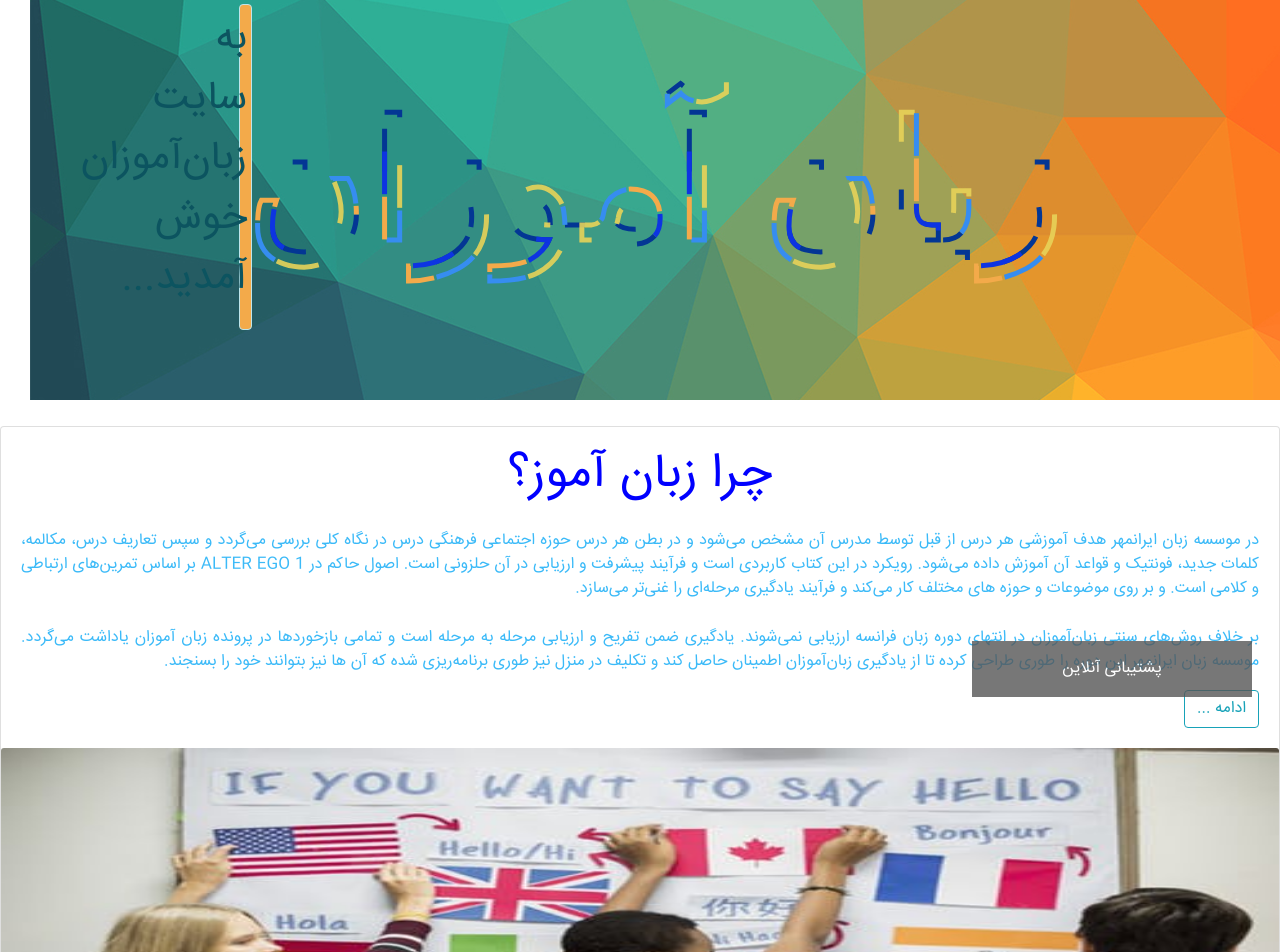
Repository: nikmahla/ZabanAmozan
Page: LanguageWebSite.html
An editor plug-in stored every save of this project. The page is shown before and after the next save, followed by the edit.
The browser window is 1280 px wide. The pictures show the part of the page from y = 0 to 952 px (the page is 3961 px tall).
A picture or video elsewhere on the page could not be fetched, so the positions and the page height are approximate.

Above is the page before, as saved 2019-10-11 22:35:55.

### LanguageWebSite.html
<html lang="en">

<head>
    <meta charset="UTF-8">
    <meta name="viewport" content="width=device-width, initial-scale=1.0">
    <meta http-equiv="X-UA-Compatible" content="ie=edge">
    <link rel="stylesheet" href="css/bootstrap.css">
    <link rel="stylesheet" href="css/stylesheet.css">
    <link rel="shortcut icon" href="images/fav.jpg" title="favicon">
    <script src="jquery.min.js"></script>
    <title>Learn New Language</title>
</head>

<body class="container-fluid">

    <div class="row bg-image">
        <svg viewBox="0 0 960 300">
            <symbol id="s-text">
                <text text-anchor="middle" x="50%" y="80%"> زبان آموزان</text>
            </symbol>

            <g class="g-ants">
                <use xlink:href="#s-text" class="text-copy"></use>
                <use xlink:href="#s-text" class="text-copy"></use>
                <use xlink:href="#s-text" class="text-copy"></use>
                <use xlink:href="#s-text" class="text-copy"></use>
                <use xlink:href="#s-text" class="text-copy"></use>
            </g>
        </svg>
    </div>

    <div id="alert" class="alert alert-info p-1 m-1">
        <p class="text-center">به سایت زبان‌آموزان خوش آمدید...</p>
    </div>

    <div class="row">
        <div class="card  " style="margin-top: 2%">
            <div class="card-body">
                <h5 class="card-title card-title-me"> چرا زبان آموز؟ </h5>
                <p class="card-body-me">در موسسه زبان ایرانمهر هدف آموزشی هر درس از قبل توسط مدرس آن مشخص می‌شود و در
                    بطن هر
                    درس حوزه اجتماعی فرهنگی درس در نگاه کلی بررسی می‌گردد و سپس تعاریف درس، مکالمه، کلمات جدید، فونتیک و
                    قواعد آن آموزش داده می‌شود. رویکرد در این کتاب کاربردی است و فرآیند پیشرفت و ارزیابی در آن حلزونی
                    است.
                    اصول حاکم در ALTER EGO 1 بر اساس تمرین‌های ارتباطی و کلامی است. و بر روی موضوعات و حوزه های مختلف
                    کار
                    می‌کند و فرآیند یادگیری مرحله‌‌ای را غنی‌تر می‌سازد.</p>
                <p class="card-body-me">
                    بر خلاف روش‌های سنتی زبان‌آموزان در انتهای دوره زبان فرانسه ارزیابی نمی‌شوند. یادگیری ضمن تفریح و
                    ارزیابی مرحله به مرحله است و تمامی بازخوردها در پرونده زبان آموزان یاداشت می‌گردد. موسسه زبان
                    ایرانمهر
                    این دوره را طوری طراحی کرده تا از یادگیری زبان‌آموزان اطمینان حاصل کند و تکلیف در منزل نیز طوری
                    برنامه‌ریزی شده که آن ها نیز بتوانند خود را بسنجند.
                </p>
                <button type="button" class="btn btn-outline-info">ادامه ...</button>

            </div>
            <img src="./images/fl031.jpg" class="card-img-top card-img" alt="">
        </div>
    </div>


    <div class="row ">
        <div class="col-md-6">
            <div class="videoplay ">
                <video class="img-fluid" autoplay="" loop="" playsinline="" muted="">
                    <source type="video/mp4" src="images/class03.mp4">
                </video>
            </div>
        </div>
        <div class="col-md-6 ">
            <h3 class="text-class">
                1.زمان مد نظرتو انتخاب کن
            </h3>
        </div>
    </div>

    <div class="row ">
        <div class="col-md-6 ">
            <h3 class="text-class">
                2.کلاستو انتخاب کن
            </h3>
        </div>
        <div class="col-md-6">
            <div class="videoplay ">
                <video class="img-fluid" autoplay="" loop="" playsinline="" muted="">
                    <source type="video/mp4" src="images/class031.mp4">
                </video>
            </div>
        </div>
    </div>

    <div class="row ">
        <div class="col-md-6">
            <div class="videoplay ">
                <video class="img-fluid" autoplay="" loop="" playsinline="" muted="">
                    <source type="video/mp4" src="images/class033.mp4">
                </video>
            </div>
        </div>
        <div class="col-md-6 ">
            <h3 class="text-class">
                3. برو کلاس
            </h3>
        </div>
    </div>

    <div class="row" style="margin-top:2% ">
        <div class="card card-box" style="width:30%">
            <img class="card-img-top" src="./images/cl8.jpg" alt="Card image">
            <div class="card-body">
                <h4 class="card-title">دوره های آموزش زبان فرانسه متوسطه بزرگسالان</h4>
                <p class="card-text">دوره های فشرده نیمه گروهی ( 6 تا 8 نفره )</p>
                <a href="#" class="btn btn-primary">مشاهده</a>
            </div>
        </div>

        <div class="card card-box" style="width:30%">
            <img class="card-img-top" src="./images/cl9.jpg" alt="Card image">
            <div class="card-body">
                <h4 class="card-title">دوره آموزش زبان فرانسه پیش متوسطه کودکان</h4>
                <p class="card-text">دوره زبان فرانسه پیش متوسطه کودکان (+A2)</p>
                <a href="#" class="btn btn-primary">مشاهده</a>
            </div>
        </div>

        <div class="card card-box" style="width:30%">
            <img class="card-img-top" src="./images/cl10.jpg" alt="Card image">
            <div class="card-body">
                <h4 class="card-title">دوره زبان فرانسه پیشرفته بزرگسالان</h4>
                <p class="card-text">دوره زبان فرانسه پیش متوسطه</p>
                <a href="#" class="btn btn-primary">مشاهده</a>
            </div>
        </div>
    </div>



    <div class="row bg">
        <h3 class="h1-list" data-shadow='dang!'>کلاسهای پاییز</h3>
    </div>



    <table class="table table-hover table-me">
        <thead>
            <tr>
                <th scope="col">#</th>
                <th scope="col">روزهای هفته</th>
                <th scope="col">کلاس</th>
                <th scope="col">استاد</th>
                <th> انتخاب</th>
            </tr>
        </thead>
        <tbody>
            <tr>
                <th scope="row">1</th>
                <td>شنبه</td>
                <td>زبان فرانسه</td>
                <td>دکتر رضایی</td>
                <td>
                    <button type="button" class="btn btn-outline-warning">مشاهده</button>
                </td>


            </tr>
            <tr>
                <th scope="row">2</th>
                <td>یکشنبه</td>
                <td>زبان فرانسه</td>
                <td>دکتر رضایی</td>
                <td>
                    <button type="button" class="btn btn-outline-warning">مشاهده</button>
                </td>

            </tr>
            <tr>
                <th scope="row">3</th>
                <td>دوشنبه</td>
                <td>زبان فرانسه</td>
                <td>دکتر رضایی</td>
                <td>
                    <button type="button" class="btn btn-outline-warning">مشاهده</button>
                </td>

            </tr>
            <tr>
                <th scope="row">4</th>
                <td>سه شنبه</td>
                <td>زبان فرانسه</td>
                <td>دکتر رضایی</td>
                <td>
                    <button type="button" class="btn btn-outline-warning">مشاهده</button>
                </td>
            </tr>
            <tr>
                <th scope="row">5</th>
                <td>چهارشنبه</td>
                <td>زبان فرانسه</td>
                <td>دکتر رضایی</td>
                <td>
                    <button type="button" class="btn btn-outline-warning">مشاهده</button>
                </td>
            </tr>
            <tr>
                <th scope="row">6</th>
                <td>پنجشنبه</td>
                <td>زبان فرانسه</td>
                <td>دکتر رضایی</td>
                <td>
                    <button type="button" class="btn btn-outline-warning">مشاهده</button>
                </td>

            </tr>
            <tr>
                <th scope="row">7</th>
                <td>جمعه</td>
                <td>زبان فرانسه</td>
                <td>دکتر رضایی</td>
                <td>
                    <button type="button" class="btn btn-outline-warning">مشاهده</button>
                </td>

            </tr>
        </tbody>
    </table>


    <button class="open-button" onclick="openForm()">پشتیبانی آنلاین</button>

    <div class="chat-popup" id="myForm">
        <form action="/action_page.php" class="form-container">
            <h5 class="text-right"> پشتیبانی زبان‌آموزان </h5>

            <label for="msg"><b> در خدمت شماست:</b></label>
            <textarea placeholder="متن ارسالی ..." name="msg" required></textarea>

            <button type="submit" class="btn">ارسال</button>
            <button type="button" class="btn cancel" onclick="closeForm()">بستن</button>
        </form>
    </div>



    <footer class="footer container-fluid">
        <div class="footer-middle">
            <div class="">
                <div class="row">
                    <div class="col-md-6 col-sm-6  ">

                        <div class="footer-pad">
                            <h4>راه های ارتباطی</h4>
                            <ul class="list-unstyled">
                                <li><a href="#"></a></li>
                                <li><a href="#">شماره تماس</a></li>
                                <li><a href="#">مشاوره حضوری</a></li>
                                <li><a href="#">ادرس ایمیل</a></li>
                                <li><a href="#">شبکه اجتماعی</a></li>

                            </ul>
                        </div>
                    </div>


                    <div class="col-md-6 col-sm-6 ">

                        <div class="footer-pad">
                            <h4> خواندیها برای شما</h4>
                            <ul class="list-unstyled">
                                <li><a href="#"> معرفی دیشکنری </a></li>
                                <li><a href="#">معرفی فیلم</a></li>
                                <li><a href="#">معرفی نرم افزار</a></li>
                                <li><a href="#">معرفی داستان</a></li>
                                <li><a href="#">معرفی سایت</a></li>
                                <li>
                                    <a href="#"></a>
                                </li>
                            </ul>
                        </div>
                    </div>

                </div>
                <div class="row">
                    <div class="col-md-12 copy">
                        <p class="text-center">&copy; حقوق مادی و معنوی سایت محفوظ است.</p>
                    </div>
                </div>


            </div>
        </div>
    </footer>

    <script>
        function openForm() {
            document.getElementById("myForm").style.display = "block";
        }

        function closeForm() {
            document.getElementById("myForm").style.display = "none";
        }
        $(document).ready(function () {
            setTimeout(function () {
                $('#alert').slideDown('slow');

                var alert = $('#alert');
                alert.animate({ right: '80%' }, "2000");
                alert.animate({ fontSize: '2.5em'  }, "100");
            }, 1500);
        })
        // $(document).ready(function () {
        //     setTimeout(function () {
        //         $('#alert').hide();
        //     }, 6000);
        // })
        // $(document).ready(function () {
        //     $('#alert').click(function () {
        //         var alert = $('#alert');
        //         alert.animate({ left: '100px' }, "slow");
        //         alert.animate({ fontSize: '3em' }, "slow");
        //     });

        //document.querySelector('#alert').style.visibility=hidden;
    </script>

</body>

</html>

### css/stylesheet.css
@font-face {
    font-family: 'iransans';
    src: url('../fonts/iransans_medium.woff2') format('woff2');
    font-weight: bold;
}

@font-face {
    font-family: 'iransans';
    src: url('../fonts/iransans_regular.woff2') format('woff2');
    font-weight: normal;
}

@font-face {
    font-family: 'iransans';
    src: url('../fonts/iransans_ultralight.woff2') format('woff2');
    font-weight: 200;
}

body {
    direction: rtl;
    text-align: right;
    margin: 0;
    font-family: 'iransans', tahoma;
}

* {
    box-sizing: border-box;
}

.videoplay {
    margin-top: 20%;
    min-width: 100%;
    min-height: 100%;
}

.text-class {
    margin-top: 45% !important;
    text-align: center;
    color: #3bbaf8
}

.bg-image {
    background-image: url('../images/bgh.png');
    height: 25rem;
    width: 100%;
}

.header-text {
    background: #8383e2;
}

.card-text {
    text-align: center;
    color: #115374;
    margin-top: 2%;
}

.card-btn {
    margin-top: 2%;
    color: blue;
}

.card-box {
    margin: 1%;
    padding: 1%;
    text-align: center;
}

.card-title-me {
    text-align: center;
    color: blue;
    font-size: 3rem;
}

.card-body-me {
    color: #3bbaf8;
    margin-top: 2%;
    text-align: justify;
}

.card-img {
    height: 25rem;
}

svg {
    display: block;
    font: 10.5em 'Montserrat';
    width: 960px;
    height: 300px;
    margin: 0 auto;
}

.text-copy {
    fill: none;
    stroke: white;
    stroke-dasharray: 6% 29%;
    stroke-width: 5px;
    stroke-dashoffset: 0%;
    animation: stroke-offset 5.5s infinite linear;
}

.text-copy:nth-child(1) {
    stroke: rgb(3, 54, 148);
    animation-delay: -1;
}

.text-copy:nth-child(2) {
    stroke: #e7d258e7;
    animation-delay: -2s;
}

.text-copy:nth-child(3) {
    stroke: rgb(54, 141, 240);
    animation-delay: -3s;
}

.text-copy:nth-child(4) {
    stroke: rgb(243, 170, 74);
    animation-delay: -4s;
}

.text-copy:nth-child(5) {
    stroke: rgb(13, 52, 226);
    animation-delay: -5s;
}

@keyframes stroke-offset {
    100% {
        stroke-dashoffset: -35%;
    }
}

.bg {
    margin: 2rem 0 2rem 0;
    text-align: center;
    background-color: rgba(243, 93, 33, 0.849);
}

.h1-list {
    margin-right: 20%;
    display: inline-block;
    color: white;
    font-size: 9em;
    text-shadow: .03em .03em 0 rgb(235, 71, 6);
}

.table-me {
    margin: 1rem 0 1rem 0;
    overflow: hidden;
}

.bt-me {
    color: orangered;
}

footer {
    width: 100%;
    background: #16222A;
    background: -webkit-linear-gradient(59deg, #3A6073, #16222A);
    background: linear-gradient(59deg, #3A6073, #16222A);
    color: white;
    margin-top: 100px;
    text-align: center;
}

footer a {
    color: #fff;
    font-size: 14px;
    transition-duration: 0.2s;
    display: inline-block;
}

footer a:hover {
    color: #FA944B;
    text-decoration: none;
}

.copy {
    font-size: 12px;
    padding: 10px;
    border-top: 1px solid #FFFFFF;
}

.footer-middle {
    padding-top: 2em;
    color: white;
}

.open-button {
    background-color: #555;
    color: white;
    padding: 16px 20px;
    border: none;
    cursor: pointer;
    opacity: 0.8;
    position: fixed;
    bottom: 23px;
    right: 28px;
    width: 280px;
}

/* The popup chat - hidden by default */

.chat-popup {
    display: none;
    position: fixed;
    bottom: 0;
    right: 15px;
    border: 3px solid #f1f1f1;
    z-index: 9;
}

/* Add styles to the form container */

.form-container {
    max-width: 300px;
    padding: 10px;
    background-color: white;
}

/* Full-width textarea */

.form-container textarea {
    width: 100%;
    padding: 15px;
    margin: 5px 0 22px 0;
    border: none;
    background: #f1f1f1;
    resize: none;
    min-height: 200px;
}

/* When the textarea gets focus, do something */

.form-container textarea:focus {
    background-color: #ddd;
    outline: none;
}

/* Set a style for the submit/send button */

.form-container .btn {
    background-color: #4CAF50;
    color: white;
    padding: 16px 20px;
    border: none;
    cursor: pointer;
    width: 100%;
    margin-bottom: 10px;
    opacity: 0.8;
}

/* Add a red background color to the cancel button */

.form-container .cancel {
    background-color: red;
}

/* Add some hover effects to buttons */

.form-container .btn:hover, .open-button:hover {
    opacity: 1;
}

#alert {
    position: fixed;
    top: 0;
    right: 0;
    width: 1%;
    display: none;
    background-color: rgb(243, 170, 74);

}

Loaded but not shown: css/bootstrap.css (library); node_modules/jquery/dist/jquery.min.js (library)

After the next save:
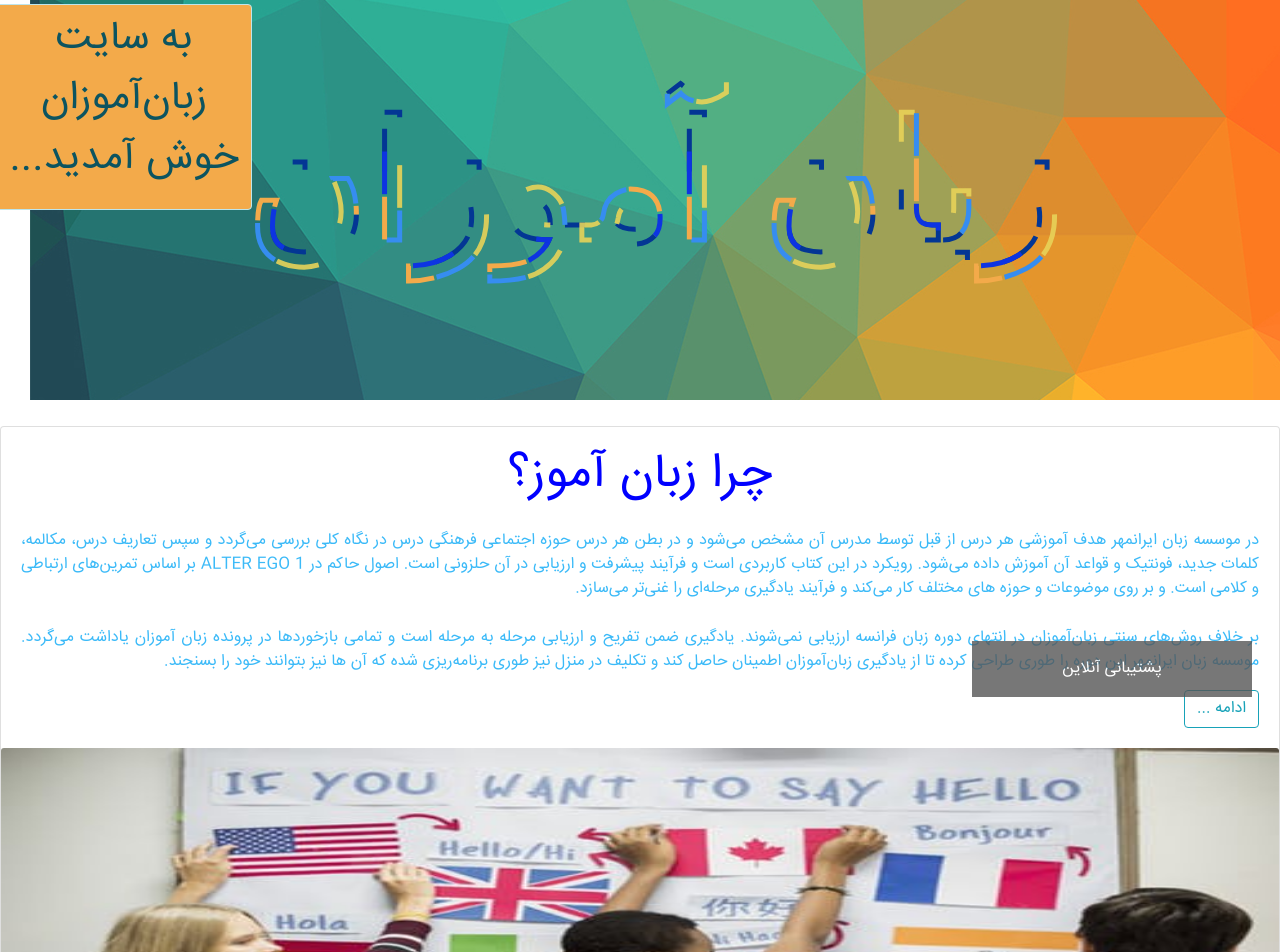
Saved 4 s later.
--- a/css/stylesheet.css
+++ b/css/stylesheet.css
@@ -266,7 +266,7 @@ footer a:hover {
     position: fixed;
     top: 0;
     right: 0;
-    width: 1%;
+    width: 20%;
     display: none;
     background-color: rgb(243, 170, 74);
 
